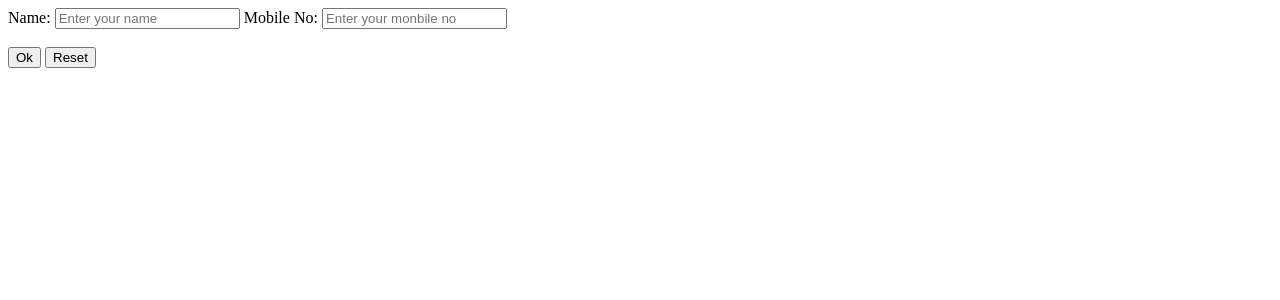
Repository: akki1071993/JavaServlet
Page: MyFirstServletApp/src/main/webapp/index.html
The author's editor kept a copy of each file at every save. The page is drawn from the files as they stood at one save, then again after the next save.
The browser window is 1280 px wide. The pictures show the whole page.

Above is the page before, as saved 2022-06-14 07:55:11.

### MyFirstServletApp/src/main/webapp/index.html
<!DOCTYPE html>
<html>
<head>
<meta charset="ISO-8859-1">
<title>Welcome to Akash World</title>
</head>
<body>
<label>Name: </label>
<input type="text" name="fname"  placeholder="Enter your name" />

<label>Mobile No: </label>
<input type="text" name="fname"  placeholder="Enter your monbile no" />
<br></br>
<button type="submit">Ok</button>
<button type="reset">Reset</button>

</body>
</html>

After the next save:
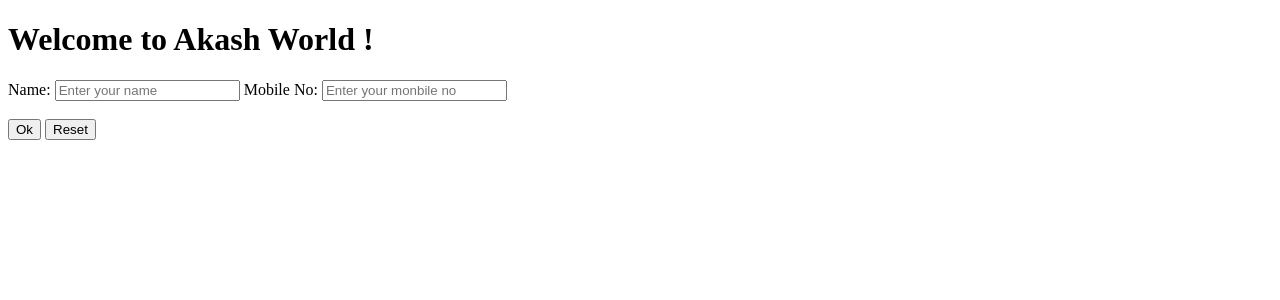
Saved 48 s later.
--- a/MyFirstServletApp/src/main/webapp/index.html
+++ b/MyFirstServletApp/src/main/webapp/index.html
@@ -5,6 +5,7 @@
 <title>Welcome to Akash World</title>
 </head>
 <body>
+<h1>Welcome to Akash World !</h1>
 <label>Name: </label>
 <input type="text" name="fname"  placeholder="Enter your name" />
 
